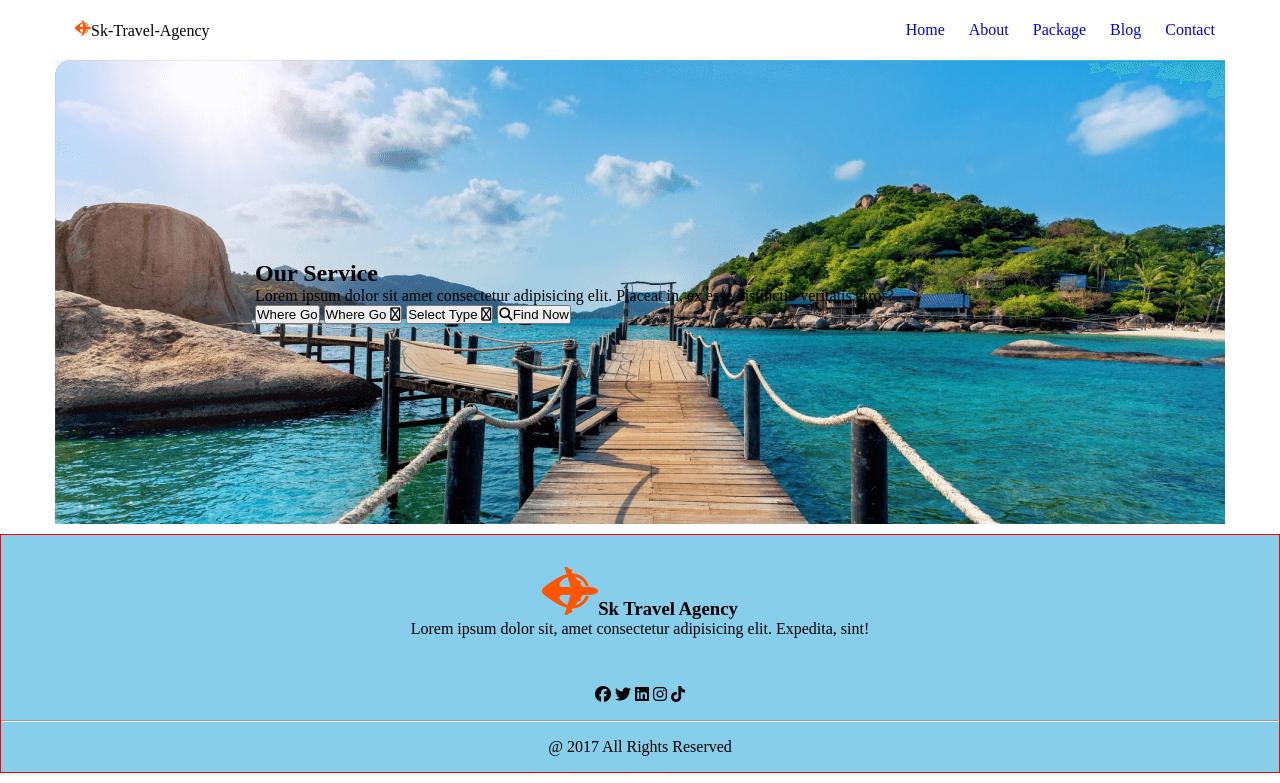
Repository: sumonkumarsarkar/Sk-Travel-Agency-
Page: index.html
These files come from the project's save history. The page is drawn as it stood at one moment and after the next save; the edit follows.
The browser window is 1280 px wide. The pictures show the whole page.

Above is the page before, as saved 2024-01-17 05:18:38.

After the next save:
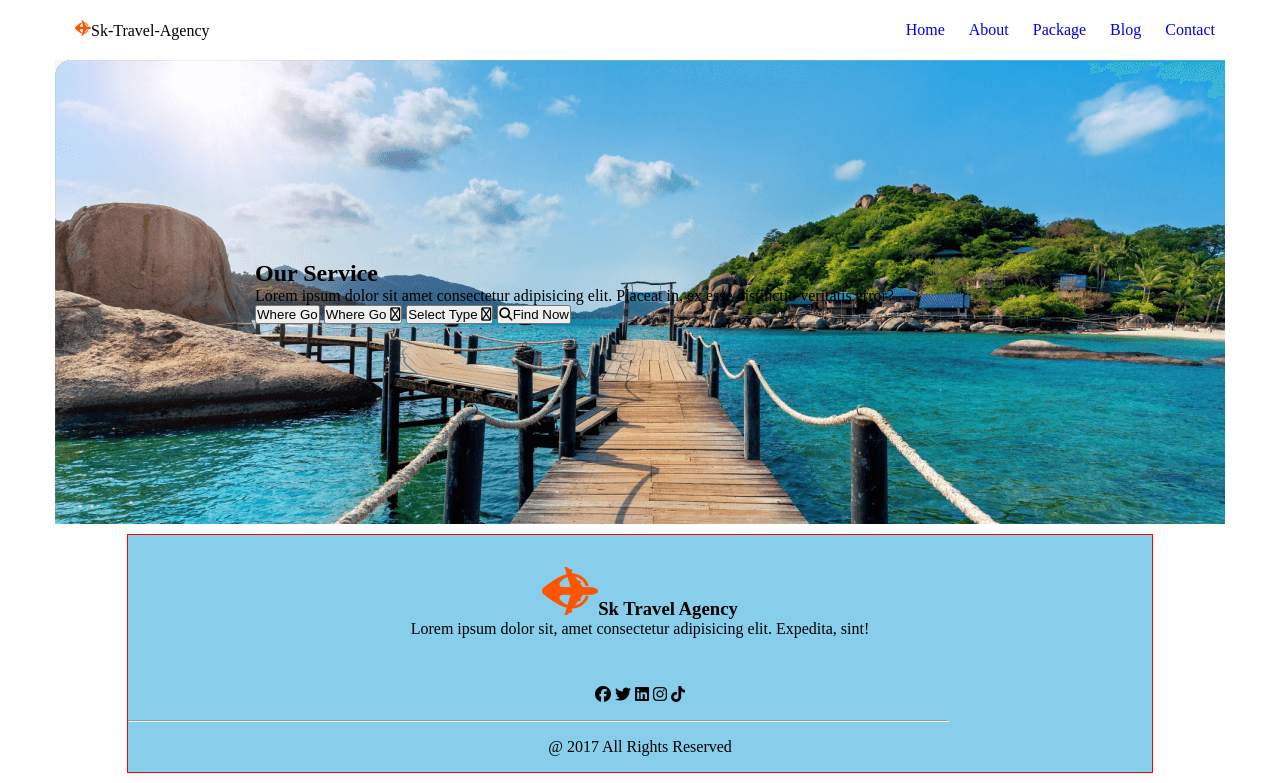
Saved 38 s later.
--- a/style.css
+++ b/style.css
@@ -76,6 +76,12 @@ padding: 1rem 4rem;
 
 
 }
+.container, hr{
+text-align: center;
+width: 80%;
+
+
+}
 
 
 /* footer section end  */
